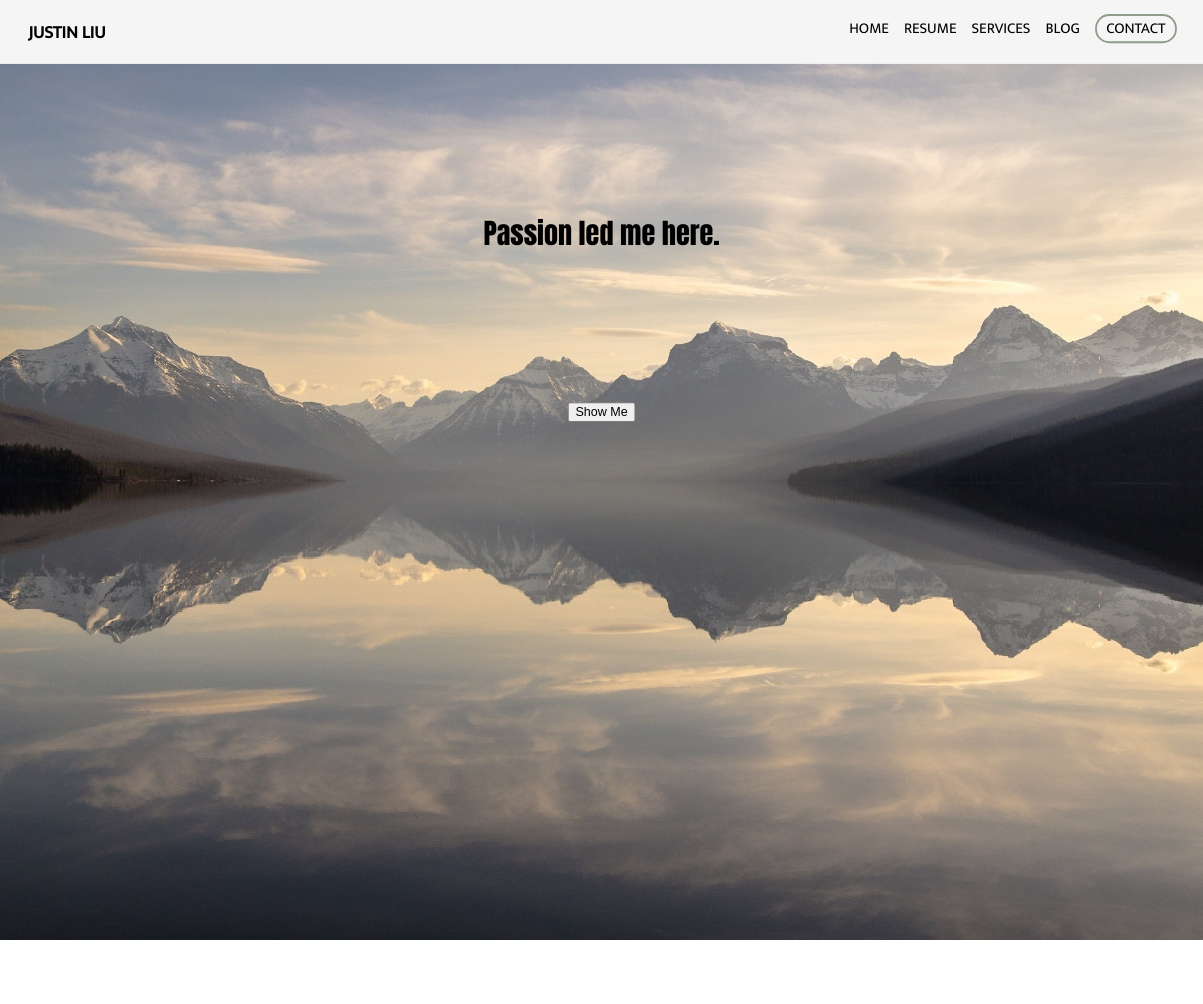
Repository: justinliu88/personal-projects
Page: index.html
These files come from the project's save history. The page is drawn as it stood at one moment and after the next save; the edit follows.
The browser window is 1280 px wide. The pictures show the whole page, at 94% of full size.
Some web libraries are served in a nearby version. The style sheet was rebuilt from its Sass, Less or Tailwind sources for each picture, by a compiler version that may differ from the author's.

Above is the page before, as saved 2020-03-17 12:21:57.

After the next save:
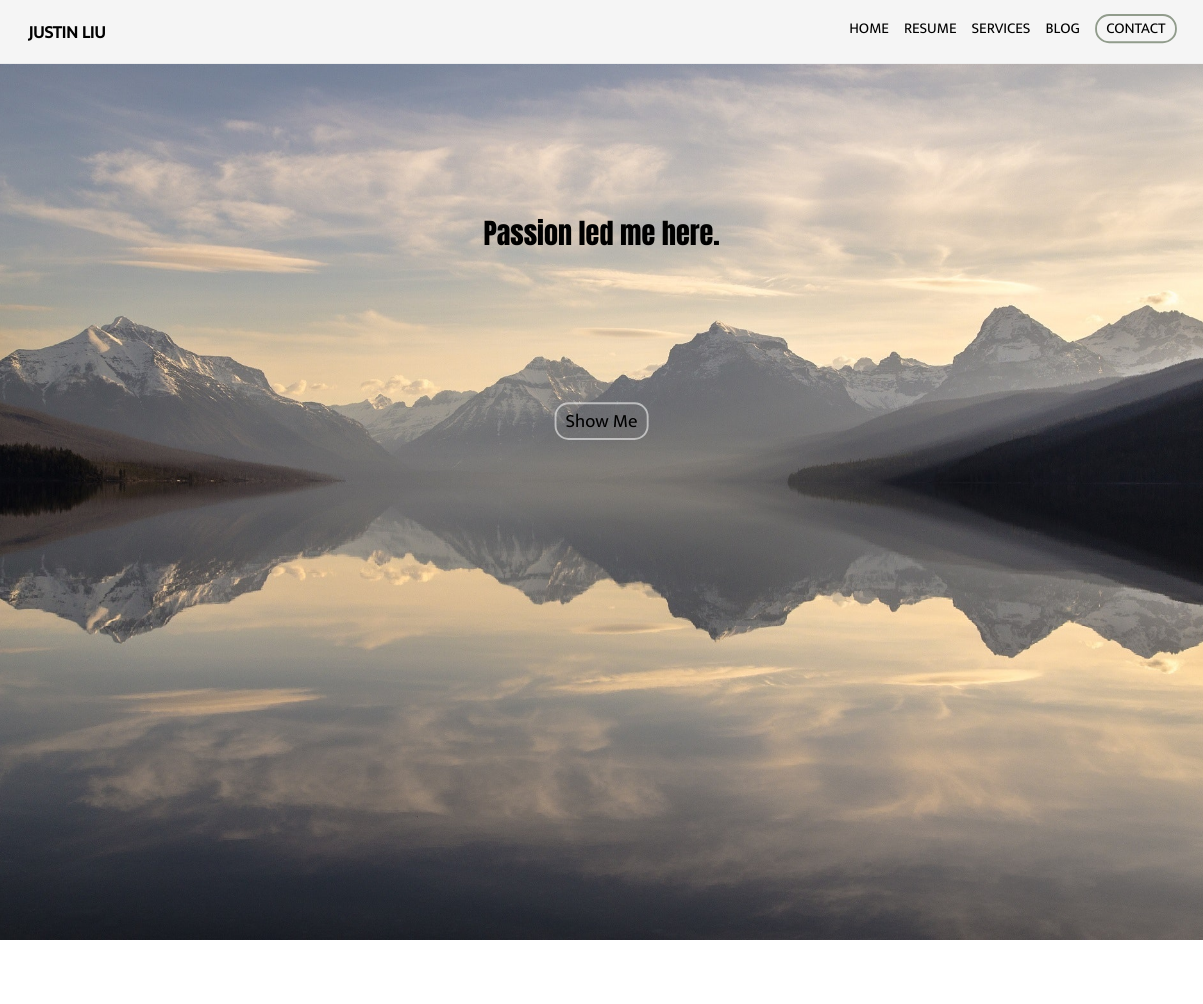
Saved 14 s later.
--- a/main.scss
+++ b/main.scss
@@ -71,66 +71,16 @@ body {
         align-items: center;
     }
     &__button button {
-        // font-family: Mukta;
-        // font-size: 20px;
-        // background-color: Transparent;
-        // background-repeat: no-repeat;
-        // border: 2px solid rgba(255, 255, 255, 0.548);
-        // border-radius: 15px;
-        // padding-left: 10px;
-        // padding-right: 10px;
-        // cursor: pointer;
-        // overflow: hidden;
-        // outline: white;
-        .container-slogan__button {
-            position: relative;
-            padding: 1.4rem 4.2rem;
-            padding-right: 3.1rem;
-            font-size: 1.4rem;
-            color: var(--inv);
-            letter-spacing: 1.1rem;
-            text-transform: uppercase;
-            transition: all 600ms cubic-bezier(0.77, 0, 0.175, 1);
-            cursor: pointer;
-            user-select: none;
-            &:before,
-            &:after {
-                content: '';
-                position: absolute;
-                transition: inherit;
-                z-index: -1;
-            }
-            &:hover {
-                color: var(--def);
-                transition-delay: .6s;
-            }
-            &:hover:before {
-                transition-delay: 0s;
-            }
-            &:hover:before {
-                background: var(--inv);
-                transition-delay: .4s;
-            }
-        }
-        .from-top:before,
-        .from-top:after {
-            left: 0;
-            height: 0;
-            width: 100%;
-        }
-        .from-top:before {
-            bottom: 0;
-            border: 1px solid var(--inv);
-            border-top: 0;
-            border-bottom: 0;
-        }
-        .from-top:after {
-            top: 0;
-            height: 0;
-        }
-        .from-top:hover:before,
-        .from-top:hover:after {
-            height: 100%;
-        }
+        font-family: Mukta;
+        font-size: 20px;
+        background-color: Transparent;
+        background-repeat: no-repeat;
+        border: 2px solid rgba(255, 255, 255, 0.548);
+        border-radius: 15px;
+        padding-left: 10px;
+        padding-right: 10px;
+        cursor: pointer;
+        overflow: hidden;
+        outline: white;
     }
 }
